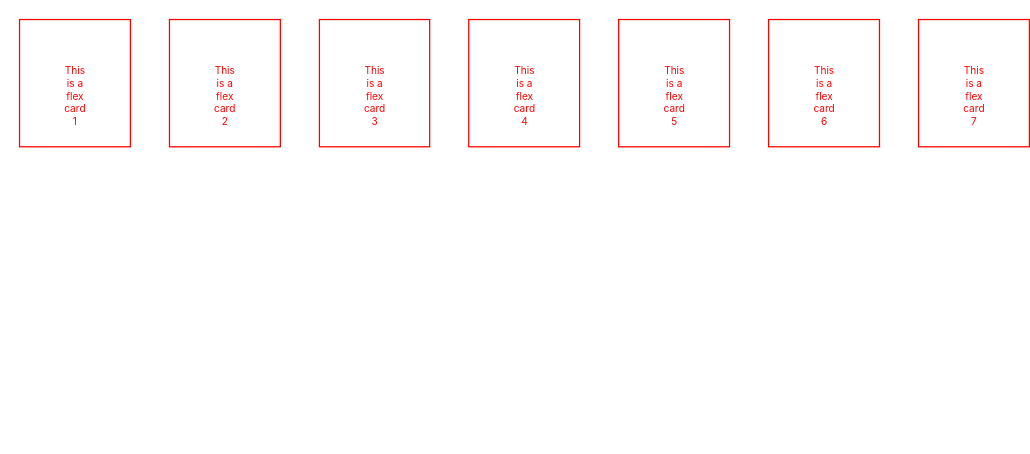
Repository: thai-shriya/anxiety-tracker
Page: /
An editor plug-in stored every save of this project. The page is shown before and after the next save, followed by the edit.
The browser window is 1280 px wide. The page is 1635 px wide, then 1280 px, so the pictures cover 1635 px, including what lies to the right of the window. The pictures show the whole page, at 63% of full size.
The project was rebuilt for these pictures with package versions that can differ from the ones it lists, and the page was loaded fresh each time.

Above is the page before, as saved 2024-04-22 14:29:14.

### src/App.js
import './App.css';

function App() {
  return (
    <div className='main-container'>
      <div className='flex-card-container'>
      <p className='flex-card-text'> This is a flex card 1</p>
      </div>
      <div className='flex-card-container'>
      <p className='flex-card-text'> This is a flex card 2</p>
      </div>
      <div className='flex-card-container'>
        <p className='flex-card-text'> This is a flex card 3</p>
      </div>
      <div className='flex-card-container'>
        <p className='flex-card-text'> This is a flex card 4</p>
      </div>
      <div className='flex-card-container'>
        <p className='flex-card-text'> This is a flex card 5</p>
      </div>
      <div className='flex-card-container'>
        <p className='flex-card-text'> This is a flex card 6</p>
      </div>
      <div className='flex-card-container'>
        <p className='flex-card-text'> This is a flex card 7</p>
      </div>

    </div>

  );
}

export default App;

### src/App.css
.main-container{
  display: flex;
}
.flex-card-container{
  border: 2px solid red;
  width: 300px;
  height: 200px;
  margin: 30px;

}

.flex-card-text{
  color:red;
  padding: 10px;
  text-align: center;
  margin: 60px;
}

Loaded but not shown: public/index.html (common file); src/index.js (common file); src/index.css (common file); src/reportWebVitals.js (common file)

After the next save:
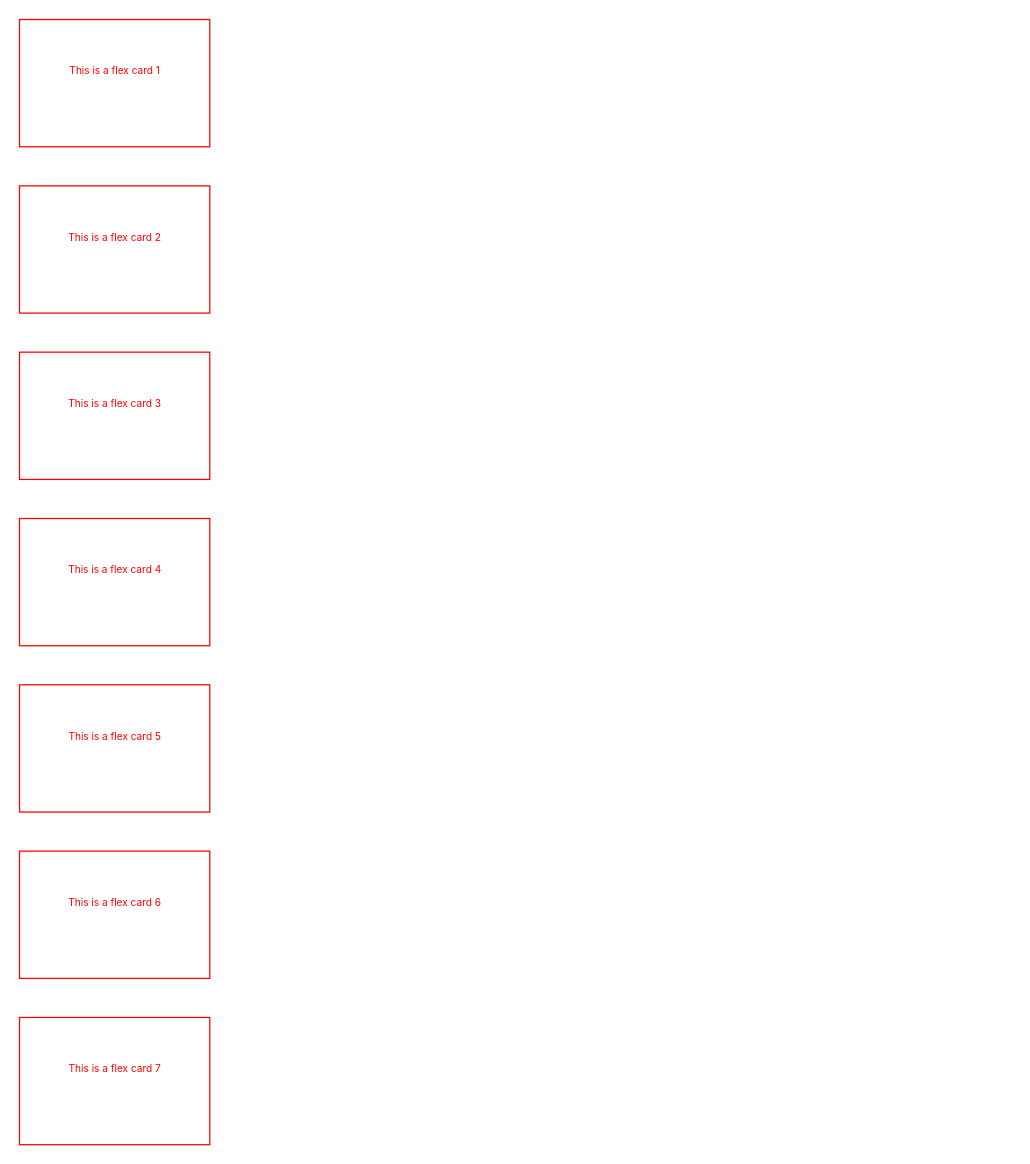
Saved 12 min 16 s later.
--- a/src/App.css
+++ b/src/App.css
@@ -1,5 +1,5 @@
 .main-container{
-  display: flex;
+  display: grid;
 }
 .flex-card-container{
   border: 2px solid red;
